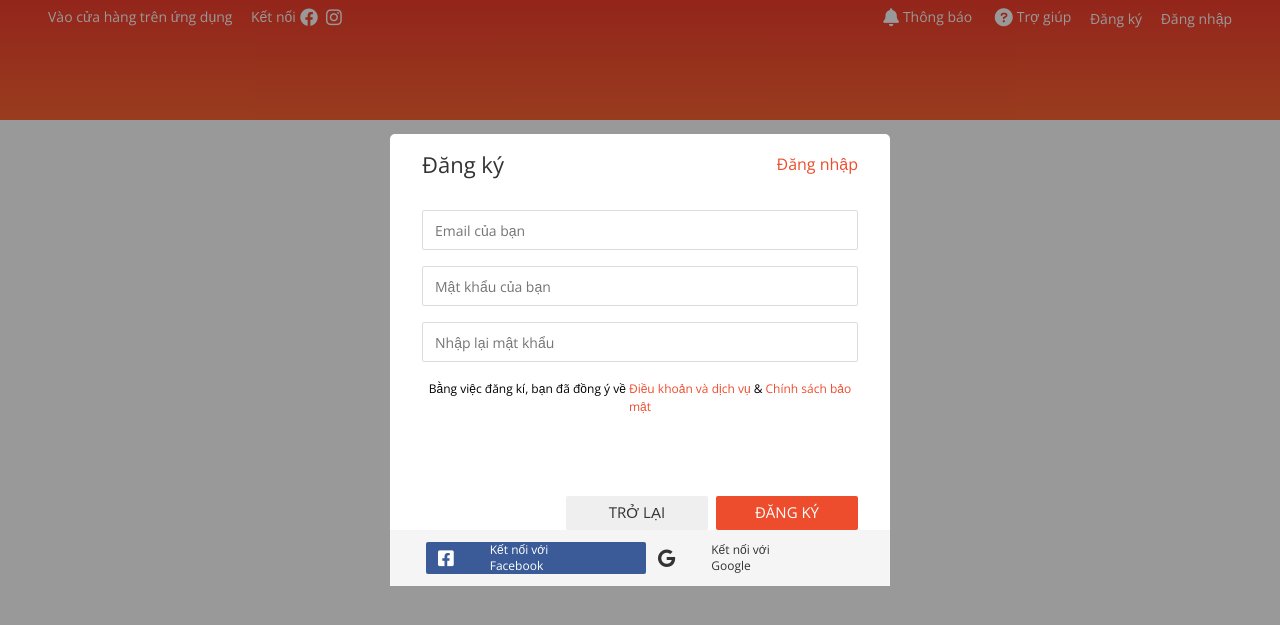
Repository: trongtamdev/Clone-Shopee-Page
Page: index.html
An editor plug-in stored every save of this project. The page is shown before and after the next save, followed by the edit.
The browser window is 1280 px wide. The pictures show the whole page.

Above is the page before, as saved 2022-07-08 22:15:40.

After the next save:
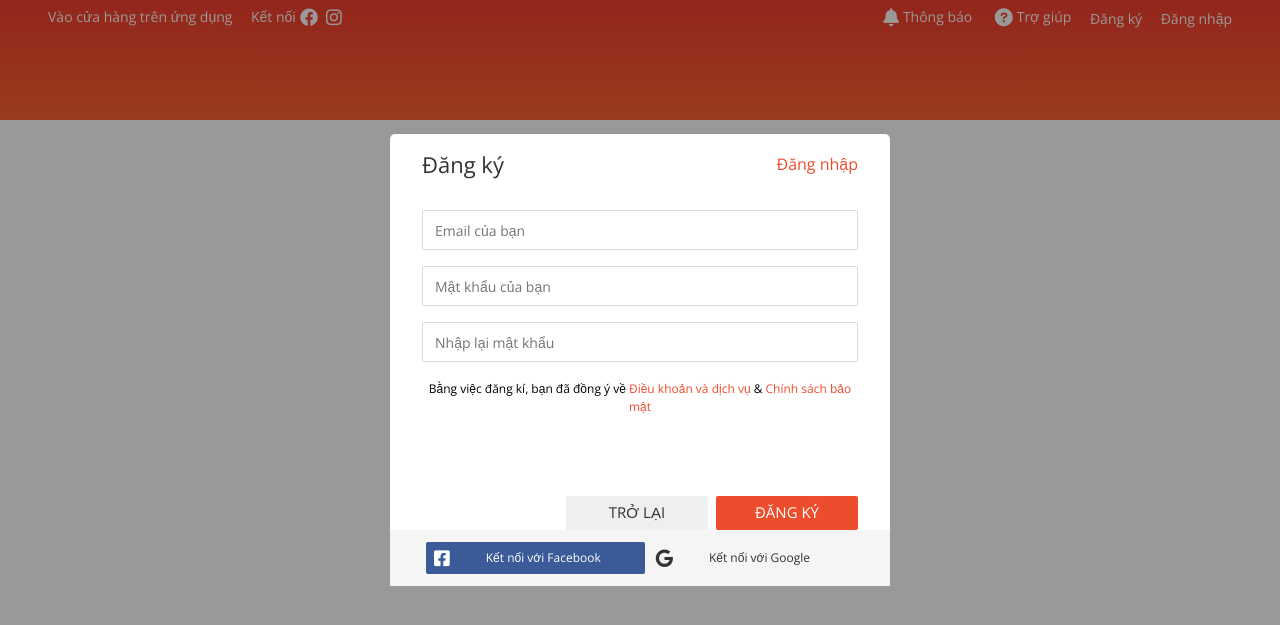
Saved 22 s later.
--- a/assets/css/base.css
+++ b/assets/css/base.css
@@ -92,6 +92,7 @@ html {
 .btn.btn--size-s {
     height: 32px;
     font-size: 12px;
+    padding: 0 8px;
 }
 
 
